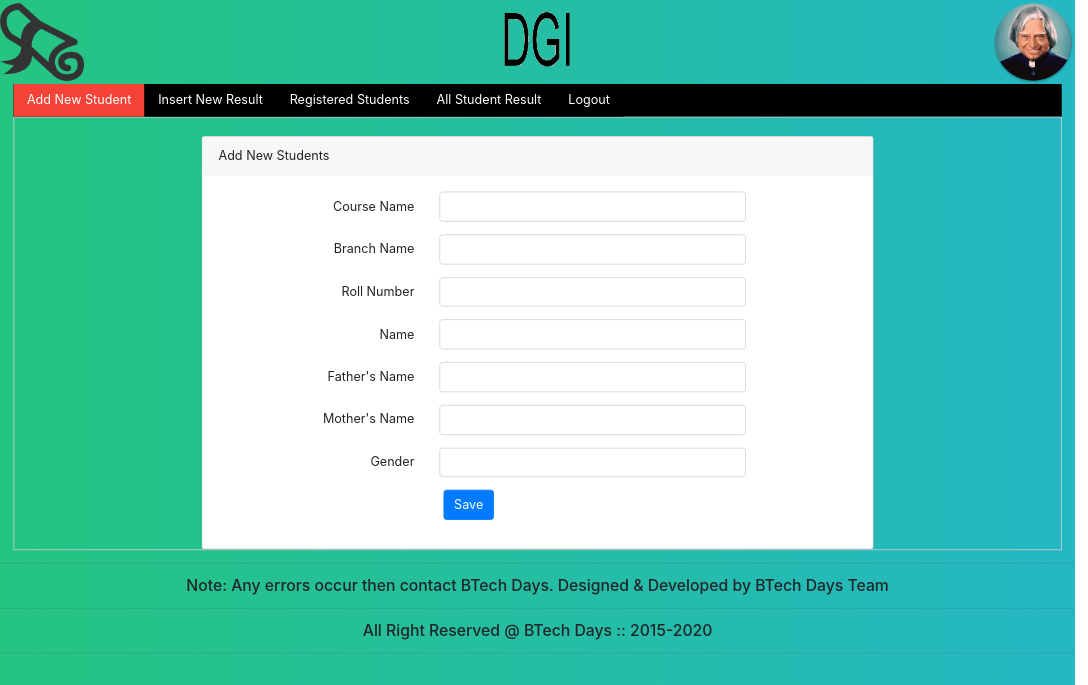
Repository: AlkaDas991/Dbms
Page: http://localhost/Student_Record_Management/adminHome.jsp
The author's editor kept a copy of each file at every save. The page is drawn from the files as they stood at one save, then again after the next save.
The browser window is 1280 px wide. The page is 1280 px wide, then 1295 px, so the pictures cover 1295 px, including what lies to the right of the window. The pictures show the whole page, at 84% of full size.
Some web fonts or font styles are not loaded; a fallback is used. Some web libraries are served in a nearby version. The page is served by Tomcat 9. Queries for data that is not in the repository find no rows.

Above is the page before, as saved 2021-03-10 01:14:08.
Console error: TypeError: Cannot read properties of undefined (reading 'fn')

After the next save:
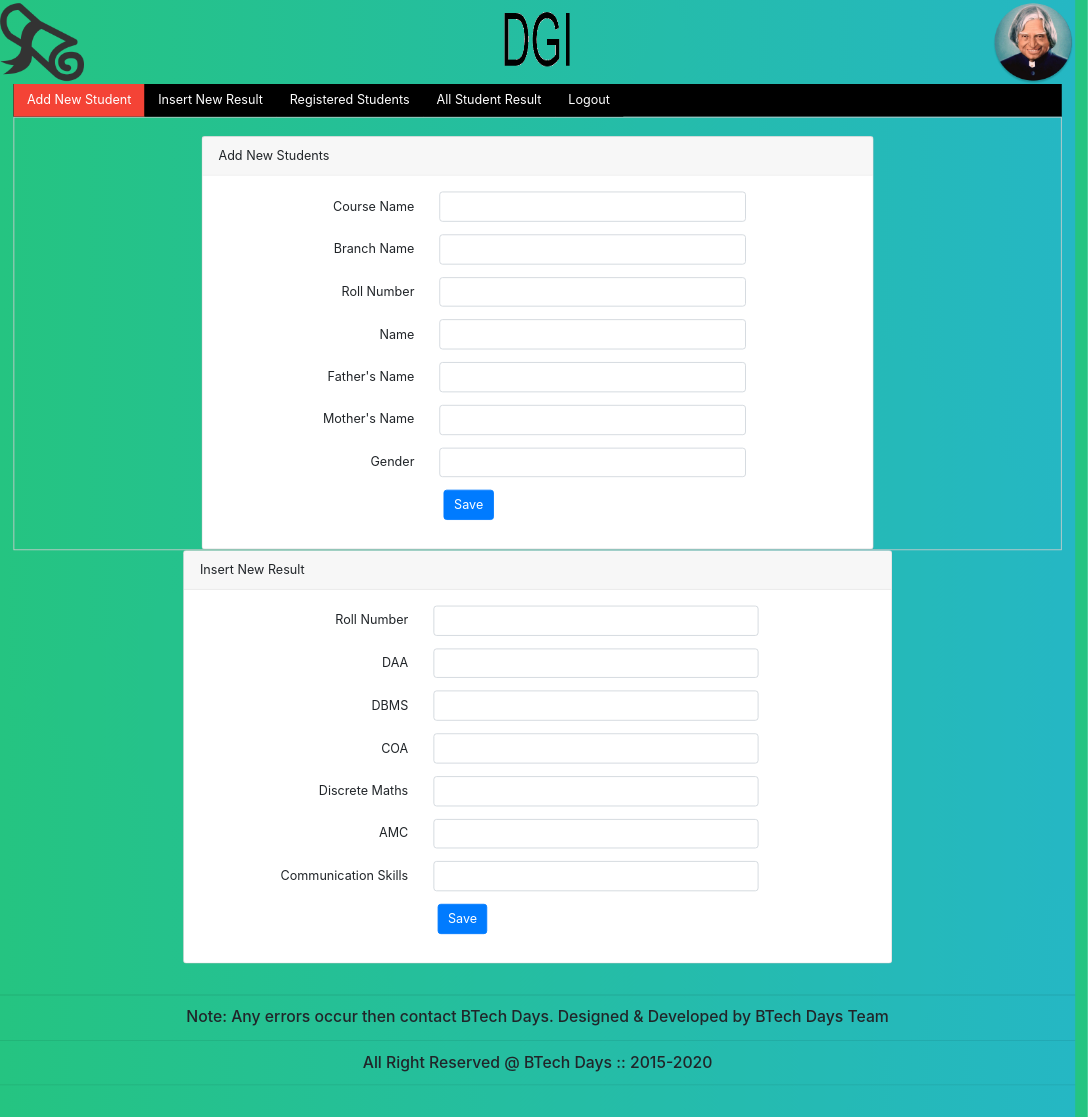
Saved 19 min 49 s later.
--- a/Student Record Management/WebContent/adminHome.jsp
+++ b/Student Record Management/WebContent/adminHome.jsp
@@ -146,6 +146,46 @@
 </head>
 <body>
 
+<main class="my-form">
+    <div class="cotainer">
+        <div class="row justify-content-center">
+            <div class="col-md-8">
+                    <div class="card">
+                        <div class="card-header">Insert New Result</div>
+                        <div class="card-body">
+                            <form name="my-form" onsubmit="return validform()" action="insertNewResult.jsp" method="">
+                            	<div class="form-group row">
+                                    <label for="full_name" class="col-md-4 col-form-label text-md-right">Student Name</label>
+                                    <div class="col-md-6">
+                                        <input type="text"class="form-control" name="rollNo">
+                                    </div>
+                                </div>
+                                <div class="form-group row">
+                                    <label for="full_name" class="col-md-4 col-form-label text-md-right">Roll Number</label>
+                                    <div class="col-md-6">
+                                        <input type="text"class="form-control" name="rollNo">
+                                    </div>
+                                </div>
+
+
+
+
+
+                                    <div class="col-md-6 offset-md-4">
+                                        <button type="submit" class="btn btn-primary">
+                                       Save
+                                        </button>
+                                    </div>
+                                </div>
+                            </form>
+                        </div>
+                    </div>
+            </div>
+        </div>
+        <br>
+    </div>
+
+</main>
 
 
 <main class="my-form">
